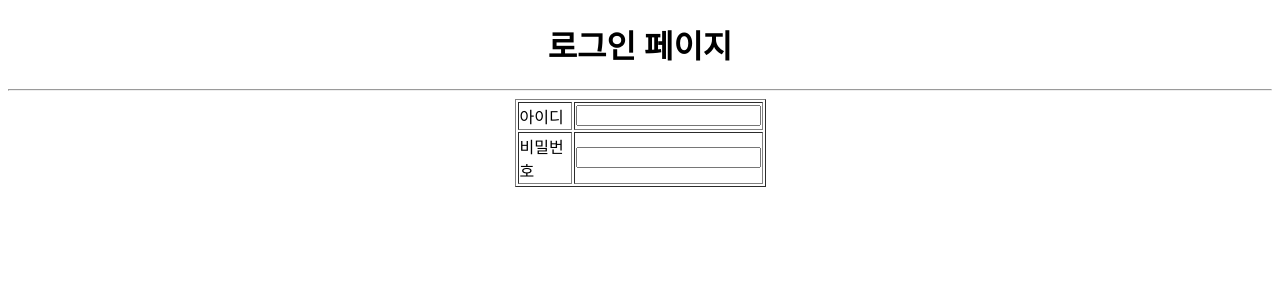
Repository: gunvv00/jsp
Page: http://localhost/DBtest/회원가입DB사용/Login.jsp
These files come from the project's save history. The page is drawn as it stood at one moment and after the next save; the edit follows.
The browser window is 1280 px wide. The pictures show the whole page.
The page is served by Tomcat 9.

Above is the page before, as saved 2020-04-24 01:08:59.

After the next save:
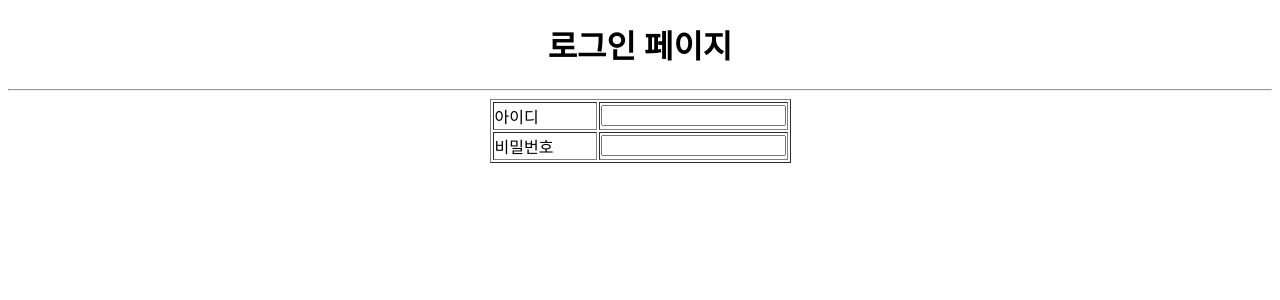
Saved 8 s later.
--- a/DBtest/WebContent/회원가입DB사용/Login.jsp
+++ b/DBtest/WebContent/회원가입DB사용/Login.jsp
@@ -15,7 +15,7 @@
 <table border="1">
 
 	<tr>
-		<td width="50">아이디</td>
+		<td width="100">아이디</td>
 		<td width="50"><input type="text" name = "id"></td>
 	</tr>
 		<td>비밀번호</td>
